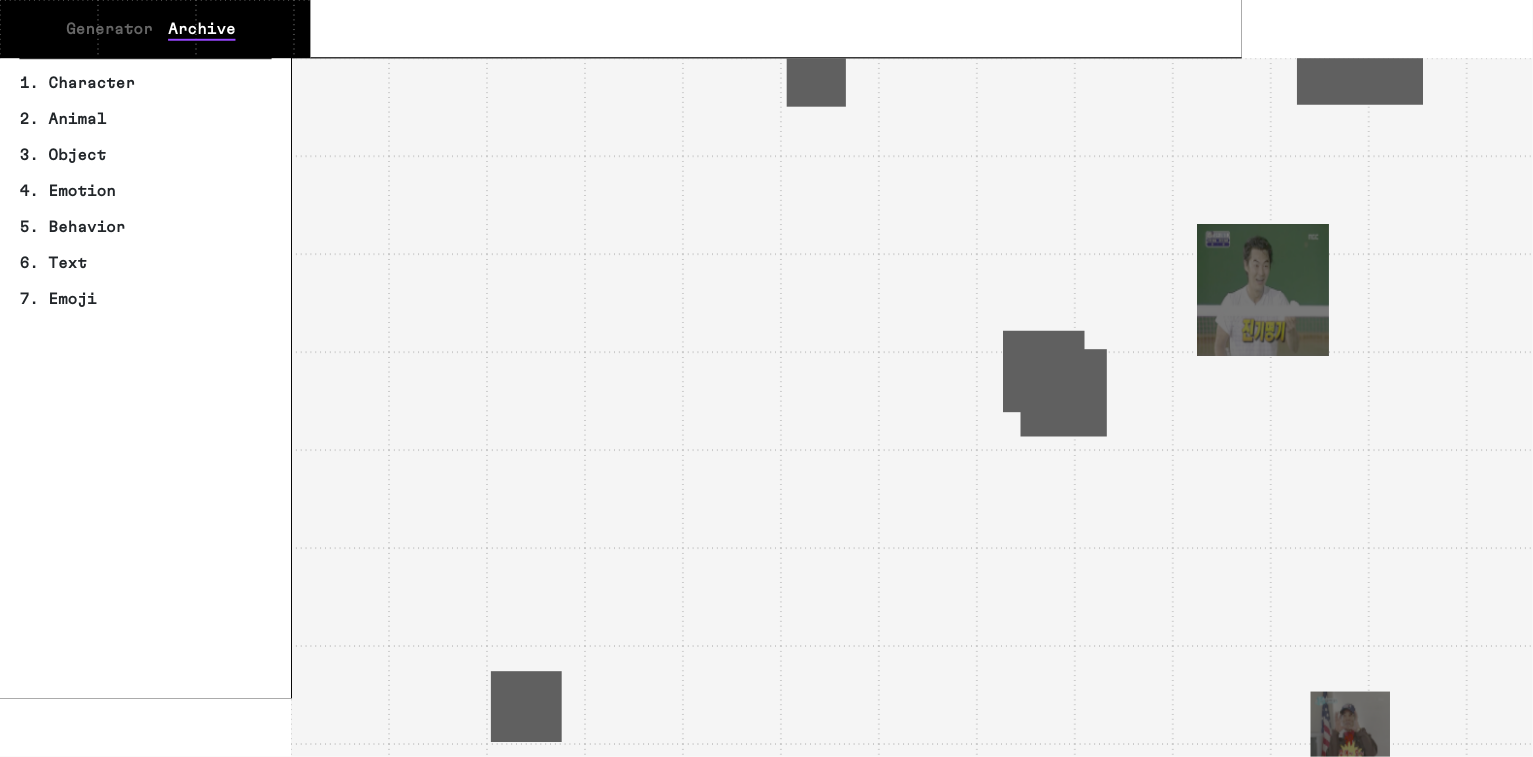
Repository: CastleBelll/project2
Page: /archive (app in job_app/)
These files come from the project's save history. The page is drawn as it stood at one moment and after the next save; the edit follows.
The browser window is 1280 px wide. The page is 1580 px wide, so the pictures cover 1580 px, including what lies to the right of the window. The pictures show the whole page, at 97% of full size.
The project was rebuilt for these pictures with package versions that can differ from the ones it lists, and the page was loaded fresh each time. Also part of the build but not shown: job_app/src/Generator/Generator.js.

Above is the page before, as saved 2024-12-15 10:02:53.

### job_app/src/App.css
/* 글로벌 스타일 */
body {
  font-family: 'CustomEnglishFont', sans-serif !important;;
  overflow: hidden;
}

/* 한글 전용 스타일 */
body:lang(ko) {
  font-family: 'CustomKoreanFont', sans-serif !important;;
}
/* 전체 앱 컨테이너 */
.app-container {
  display: flex;
  flex-direction: column;
  height: 100vh;
  max-width: 100%;
  max-height: 100%;
  overflow: hidden;
  background-color: #242424; /* 기본 배경색을 #242424로 변경 */
}

/* 네비게이션 바 */
.navbar {
  position: fixed;
  top: 0;
  left: 0;
  width: 100%;
  height: 60px;
  display: flex;
  z-index: 1000; /* 네비게이션 바가 다른 요소 위에 오도록 설정 */
  background-image: url('./background_square.png'); /* Generator 활성화 시 배경 이미지 */
  background-repeat: repeat; /* 가로 및 세로로 반복 */
  background-color: #242424; /* 기본 배경색도 유지 */}

/* Generator 활성화 시 배경 이미지 적용 */
body.generator-active .navbar {
  background-image: url('./background_square.png'); /* Generator 활성화 시 배경 이미지 */
  background-repeat: repeat; /* 가로 및 세로로 반복 */
  background-color: #242424; /* 기본 배경색도 유지 */
}

/* Archive 활성화 시 배경 이미지 제거 */
body.archive-active .navbar {
  background-image: none; /* Archive 활성화 시 배경 이미지 제거 */
  background-color: #ffffff; /* 배경색을 흰색으로 설정 */
}

/* 네비게이션 링크 스타일 */
.nav-links {
  display: flex;
  list-style: none;
  padding: 0;
  margin-left : 60px;
  justify-content: space-between; /* 링크를 양쪽 끝에 배치 */
}

.nav-links a {
  text-decoration: none;
  color: #666666; /* 기본 색상은 회색 */
  font-size : 16px !important;
  font-weight: bold;
  transition: color 0.3s ease, border-bottom 0.3s ease; /* 부드러운 색상 전환 및 밑줄 전환 */
}

.nav-links a:hover,
.nav-links .active {
  color: #ffffff !important; /* 선택 및 활성화 상태에서도 글씨 색상을 흰색으로 고정 */
  text-decoration: underline; /* 밑줄 추가 */
  text-decoration-color: #9746ff; /* 밑줄 색상 보라색으로 설정 */
  text-underline-offset: 5px; /* 밑줄과 글자 사이 간격 조정 */
  text-decoration-thickness: 2px; /* 밑줄 두께를 2px로 설정 */
  z-index: 4000; /* z-index로 navbar 아래로 위치하도록 설정 */
}

/* 콘텐츠 영역 */
.content {
  position: absolute; /* content를 absolute로 설정하여 navbar와 겹치게 함 */
  width:100%;
  height:100%;
  margin:0;
  padding:0;
  background-color: #242424; /* 콘텐츠 배경색 변경 */
}

.content.container{
  margin : 0;
  padding:0;
}

/* 검색 아이콘 스타일 */
.search-icon {
  font-size: 22px;
  margin-right: 85px;
  color: #ffffff; /* 아이콘 색상 흰색 */
  cursor: pointer;
}

@media (min-width: 768px) {
  .container,
  .container-md,
  .container-sm {
    max-width: none !important;
  }
}

/* Generator 활성화 시 배경색 */
body.generator-active .app-container,
body.generator-active .navbar,
body.generator-active .content {
  background-color: #242424; /* Generator가 활성화된 경우 배경색을 통일 */
}

/* Archive 활성화 시 흰색 테마 */
body.archive-active .app-container,
body.archive-active .navbar,
body.archive-active .content {
  background-color: #ffffff; /* 배경을 흰색으로 변경 */
}

body.archive-active .nav-links a {
  color: #333333 !important; /* 링크 색상을 어두운 회색으로 변경 */
}

body.archive-active .nav-links a:hover,
body.archive-active .nav-links .active {
  color: #000000 !important; /* 링크 색상을 검은색으로 변경 */
  text-decoration-color: #2DFF2D; /* 밑줄 색상을 검은색으로 설정 */
}

### job_app/src/Archive/Archive.js
import React, { useState, useEffect } from 'react';
import ArchiveMain from './ArchiveMain';
import ArchiveLeft from './ArchiveLeft';
import ArchiveHeader from './ArchiveHeader';
import './Archive.css';

const Archive = () => {
  const [selectedItems, setSelectedItems] = useState([]); // 선택된 하위 항목들 저장
  const [data, setData] = useState([]); // JSON 데이터를 저장할 상태

  // JSON 파일을 fetch로 불러오는 useEffect
  useEffect(() => {
    fetch('/json/images.json') // public 폴더에서 JSON 파일을 불러옴
      .then((response) => response.json())
      .then((jsonData) => setData(jsonData)) // 데이터가 로드되면 상태에 저장
      .catch((error) => console.error('Error fetching the JSON file:', error));
  }, []); // 컴포넌트가 처음 마운트될 때만 실행

  const handleSubItemClick = (item) => {
    setSelectedItems((prevSelectedItems) => {
      if (!prevSelectedItems.includes(item)) {
        return [...prevSelectedItems, item];
      }
      return prevSelectedItems.filter((selectedItem) => selectedItem !== item);
    });
  };

  return (
    <div className="archive-container">
      {/* Left sidebar */}
      <ArchiveLeft data={data} onSubItemClick={handleSubItemClick} className="left-sidebar" />

      {/* Right container */}
      <div className="right-container">
        {/* Header */}
        <ArchiveHeader selectedItems={selectedItems} className="header" />

        {/* Main content */}
        {/* Main content */}
        <div className="main-area-container" style={{ flex: 1, position: 'relative' }}>
          <ArchiveMain className="main-area" />
        </div>
        </div>
    </div>
  );
};

export default Archive;

### job_app/src/styles/fonts.css
@font-face {
    font-family: 'CustomEnglishFont';
    src: url('../fonts/GT-Flexa-Mono-Light-Trial.otf') format('opentype');
    font-weight: normal;
    font-style: normal;
  }

  @font-face {
    font-family: 'CustomKoreanFont';
    src: url('../fonts/FlightSansOTF-Regular.otf') format('opentype');
    font-weight: normal;
    font-style: normal;
  }

### job_app/src/Archive/ArchiveMain.js
import React, { useRef, useEffect, useState } from "react";
import * as THREE from "three";
import "./ArchiveMain.css";

const ArchiveMain = () => {
  const canvasRef = useRef(null); // three.js 렌더링을 위한 canvas
  const [scale, setScale] = useState(1); // 카메라 줌 조절을 위한 상태
  const [images, setImages] = useState([]); // 이미지들 상태
  const [activeImage, setActiveImage] = useState(null); // 드래그 중인 이미지 상태
  const planesRef = useRef([]); // 이미지들에 대한 참조

  useEffect(() => {
    // 이미지 랜덤 위치와 크기 설정
    const numImages = 10; // 이미지 개수
    const newImages = [];
    for (let i = 0; i < numImages; i++) {
      const randomX = Math.random() * 10 - 5; // -5 ~ 5 사이의 랜덤 X 좌표
      const randomY = Math.random() * 10 - 5; // -5 ~ 5 사이의 랜덤 Y 좌표
      const randomSize = Math.random() * 1 + 0.5; // 0.5 ~ 1.5 사이의 랜덤 크기
      newImages.push({
        id: i,
        position: [randomX, randomY, 0], // 랜덤 위치
        size: randomSize, // 랜덤 크기
        texture: `/images/${i + 1}.png`, // 텍스처 경로
        isDragging: false, // 드래그 상태
      });
    }
    setImages(newImages);
  }, []);

  useEffect(() => {
    // 씬, 카메라, 렌더러 설정
    const scene = new THREE.Scene();
    const camera = new THREE.PerspectiveCamera(75, window.innerWidth / window.innerHeight, 0.1, 1000);
    const renderer = new THREE.WebGLRenderer({ canvas: canvasRef.current });
    renderer.setSize(window.innerWidth, window.innerHeight);
    renderer.setClearColor(0x000000, 0); // 배경을 투명하게 설정

    console.log("씬, 카메라, 렌더러 설정 완료");

    // 조명 추가
    const directionalLight = new THREE.DirectionalLight(0xffffff, 1);
    directionalLight.position.set(5, 5, 5).normalize();
    scene.add(directionalLight);

    // 카메라 위치 설정
    camera.position.z = 5;

    // 랜덤 위치에 이미지들 추가
    const textureLoader = new THREE.TextureLoader();
    const planes = [];
    images.forEach(({ id, position, size, texture }) => {
      const imageTexture = textureLoader.load(texture);
      const geometry = new THREE.PlaneGeometry(1, 1);
      const material = new THREE.MeshStandardMaterial({
        map: imageTexture,
        transparent: true,
        opacity: 1,
      });
      const plane = new THREE.Mesh(geometry, material);
      plane.position.set(...position); // 랜덤 위치 설정
      plane.scale.set(size, size, 1); // 랜덤 크기 설정
      plane.userData = { id }; // id를 userData에 저장하여 나중에 사용
      planes.push(plane);
      scene.add(plane);
    });
    planesRef.current = planes; // planes 참조 저장

    // 렌더링 함수
    const animate = () => {
      requestAnimationFrame(animate);
      renderer.render(scene, camera);
    };

    animate(); // 애니메이션 루프 시작

    // 마우스 휠 이벤트 처리 (줌)
    const handleWheel = (event) => {
      event.preventDefault();
      const zoomFactor = event.deltaY < 0 ? 1.1 : 0.9;

      // 카메라 줌 업데이트
      camera.position.z = Math.min(Math.max(camera.position.z * zoomFactor, 2), 10);

      // 이미지 크기 업데이트 (THREE.js 객체의 scale 사용)
      planesRef.current.forEach((plane) => {
        plane.scale.set(plane.scale.x * zoomFactor, plane.scale.y * zoomFactor, 1);
      });

      setScale((prevScale) => {
        const newScale = Math.min(Math.max(prevScale * zoomFactor, 0.5), 2);
        console.log("줌 스케일 변경:", newScale);
        return newScale;
      });
    };

    // 드래그 이벤트 처리
    let isDragging = false;
    let previousMousePosition = { x: 0, y: 0 };

    const handleMouseDown = (event) => {
      console.log("마우스 다운:", event.clientX, event.clientY);
      // 클릭한 위치에서 가장 가까운 이미지를 찾아 드래그 시작
      const mouse = new THREE.Vector2(
        (event.clientX / window.innerWidth) * 2 - 1,
        -(event.clientY / window.innerHeight) * 2 + 1
      );
      const raycaster = new THREE.Raycaster();
      raycaster.setFromCamera(mouse, camera); // Raycaster 설정
      const intersects = raycaster.intersectObjects(scene.children); // 충돌 검사

      if (intersects.length > 0) {
        const clickedImage = intersects[0].object;
        console.log("드래그 시작한 이미지:", clickedImage);
        setActiveImage(clickedImage);  // 활성화된 이미지 설정
        isDragging = true;
        previousMousePosition = { x: event.clientX, y: event.clientY };
      }
    };

    const handleMouseMove = (event) => {
      if (!isDragging || !activeImage) return;
      const deltaX = event.clientX - previousMousePosition.x;
      const deltaY = event.clientY - previousMousePosition.y;
      activeImage.position.x += deltaX * 0.01;
      activeImage.position.y -= deltaY * 0.01;
      previousMousePosition = { x: event.clientX, y: event.clientY };
      console.log("이미지 드래그 위치:", activeImage.position);
    };

    const handleMouseUp = () => {
      console.log("마우스 업");
      isDragging = false;
      setActiveImage(null);
    };

    // 윈도우 사이즈 변경 시 카메라 비율 업데이트
    const handleResize = () => {
      camera.aspect = window.innerWidth / window.innerHeight;
      camera.updateProjectionMatrix();
      renderer.setSize(window.innerWidth, window.innerHeight);
      console.log("윈도우 리사이즈됨");
    };

    window.addEventListener("resize", handleResize);
    window.addEventListener("wheel", handleWheel);
    window.addEventListener("mousedown", handleMouseDown);
    window.addEventListener("mousemove", handleMouseMove);
    window.addEventListener("mouseup", handleMouseUp);

    return () => {
      window.removeEventListener("resize", handleResize);
      window.removeEventListener("wheel", handleWheel);
      window.removeEventListener("mousedown", handleMouseDown);
      window.removeEventListener("mousemove", handleMouseMove);
      window.removeEventListener("mouseup", handleMouseUp);
    };
  }, [images, activeImage]); // images나 activeImage가 변경될 때마다 실행

  return (
    <div
      className="archive-main"
      style={{
        width: "100vw",
        height: "100vh",
        overflow: "hidden",
      }}
    >
      <canvas ref={canvasRef} />
    </div>
  );
};

export default ArchiveMain;

### job_app/src/Archive/ArchiveHeader.js
import React, { useRef, useState } from 'react';
import { CSSTransition, TransitionGroup } from 'react-transition-group';
import './ArchiveHeader.css'; // CSS 파일을 import

function ArchiveHeader({ selectedItems }) {
  const containerRef = useRef(null);
  const [isDragging, setIsDragging] = useState(false);
  const [startX, setStartX] = useState(0);
  const [scrollLeft, setScrollLeft] = useState(0);

  const handleMouseDown = (e) => {
    e.preventDefault(); // 기본 드래그 동작 방지
    setIsDragging(true);
    setStartX(e.clientX);
    setScrollLeft(containerRef.current.scrollLeft);
    containerRef.current.style.cursor = 'grabbing';
  };

  const handleMouseMove = (e) => {
    if (!isDragging) return;
    const distance = e.clientX - startX;
    containerRef.current.scrollLeft = scrollLeft - distance;
  };

  const handleMouseUp = () => {
    setIsDragging(false);
    containerRef.current.style.cursor = 'grab';
  };

  return (
    <div
      className="archive-header overflow-auto" // Bootstrap 클래스 추가
      ref={containerRef}
      onMouseDown={handleMouseDown}
      onMouseMove={handleMouseMove}
      onMouseUp={handleMouseUp}
      onMouseLeave={handleMouseUp} // 마우스가 컨테이너 밖으로 나갔을 때 드래그 종료
    >
      <TransitionGroup className="selected-items-container">
        {selectedItems.map((item, index) => (
          <CSSTransition
            key={item} // 고유한 키 값
            timeout={500} // 애니메이션 지속 시간
            classNames="item"
            unmountOnExit
          >
            <div className="selected-item">
              {item}
            </div>
          </CSSTransition>
        ))}
      </TransitionGroup>
      {/* selectedItems가 비어있지 않으면 검색 버튼을 보여줌 */}
      {selectedItems.length > 0 && (
        <div className="search-button">
          검색
        </div>
      )}
    </div>
  );
}

export default ArchiveHeader;

### job_app/src/Archive/Archive.css
/* Ensures the container takes up the full height of the viewport */
.archive-container {
  display: flex;
  height: 100vh;
}

/* Left sidebar styling */
.left-sidebar {
  flex: 1; /* 왼쪽 사이드바는 1배수 */
  padding-left: 20px;
  padding-top: 84px;
  background-color: #f0f0f0; /* Light background for sidebar */
  border-right: solid 1px black; /* 테두리 색상을 명시적으로 설정 */
}

/* Right container styling */
.right-container {
  flex: 3; /* 오른쪽 컨테이너는 3배수 */
  display: flex;
  flex-direction: column; /* Stacks children vertically */
}

/* Header styling */
.header {
  height: 15%; /* Adjust height as needed */
  background-color: #333; /* Dark background for header */
  color: white;
  display: flex;
  align-items: center;
  justify-content: center;
  padding: 1rem;
  box-sizing: border-box;
}

/* Main area styling */
.main-area {
  flex: 1; /* Takes up the remaining vertical space */
  background-color: #fff; /* White background for main content */
  overflow: auto; /* Scrollable if content exceeds container height */
  padding: 1rem;
  box-sizing: border-box;
}

### job_app/src/Generator/Generator.css
.Generator {
  position: relative;
  width: 100%;
  height: 100%;
  background-color: #242424;
  overflow: hidden;
  background-image: url('../background_square.png');
  background-repeat: repeat;
}

.event-arial {
  position: absolute;
  pointer-events: none;
  top: 80px;
  width: 80%;
  left: 10%;
  max-width: 80%;  /* 기본적으로 80%로 설정 */
  min-height: 20%;
  display: flex;
  justify-content: center;
  align-items: center;
  font-size: 16px;
  color: #666666;
  border: 1px solid #666666;
  background-color: transparent;
  transition: width 0.5s ease; /* 너비 변화만 부드럽게 */
}

.event-arial.shrink {
  width: calc(100% - 45%); /* generator-arial이 30%일 때 event-arial은 나머지 70% */
}

.main-container {
  width: 100%;
  min-height: 100%;
  display: flex;
  flex-direction: row; /* 좌우로 배치 */
}

.left-container {
  flex: 1;
  min-width: 13%;
}

.right-container {
  flex: 1;
  min-width: 13%;
}

.content-container {
  flex: 1;
  min-width: 74%;
  min-height: 100%;
  display: flex;
  flex-direction: column; /* 세로 방향으로 배치 */
  overflow: hidden;
}

.generator-arial {
  position: absolute;
  top: 80px;
  right: 0;
  display: flex;
  flex-direction: column; /* 세로 방향으로 배치 */
  background-color: white;
  min-width: 40px;
  height: 60%; /* 높이를 고정 */
  transform-origin: right;
  transition: width 0.5s ease; /* 너비 변화만 부드럽게 */
}

.generator-arial.open {
  width: 28%; /* open 상태에서의 width */
  max-height: 100%;
}

.generator-arial.not-open {
  width: 40px; /* not-open 상태에서의 width */
}

.circle {
  position: absolute;
  left: -100px;
  width: 50px; /* 원 크기 */
  height: 50px;
  border-radius: 50%; /* 원형으로 만들기 */
  background-color: white; /* 흰색 배경 */
  z-index: 10; /* 다른 요소들 위에 겹치도록 설정 */
  display: none; /* 기본적으로 숨기기 */
  justify-content: center; /* 가로 중앙 정렬 */
  align-items: center; /* 세로 중앙 정렬 */
}

.circle img {
    position: absolute;
    top: 50%; /* 세로 중앙 */
    left: 50%; /* 가로 중앙 */
    transform: translate(-50%, -50%); /* 정확하게 중앙 정렬 */
}

.generator-arial.open .circle {
  display: block; /* isOpen 상태일 때 원을 보이도록 설정 */
}

/* 이미지 컨테이너 */
.image-container {
  flex: 1;
  display: flex;
  flex-wrap: wrap;
  justify-content: center; /* 중앙 정렬 */
  align-items: center;
  margin-top: 50px;
  margin-bottom: 20px;
  min-width: 100%;
  height:auto;
  opacity: 0; /* 초기 상태에서 투명하게 설정 */
  animation: fadeIn 1s forwards; /* 천천히 나타나는 애니메이션 */
}

.image-container img {
  max-width: 100%; /* 이미지 크기를 부모 크기에 맞게 자동 조정 */
  height: auto;
  object-fit: contain; /* 이미지 비율 유지하며 공간에 맞게 조정 */
  max-height: 285px; /* 이미지 크기를 더 작게 제한 */
  min-height: 285px;
  margin: 5px;
  animation: fadeIn 1.5s forwards; /* 이미지보다 조금 더 긴 시간에 천천히 나타나게 */
}

/* 텍스트 컨테이너 */
.text-container {
  flex: 1;
  display: flex;
  flex-direction: column; /* 세로로 배치 */
  padding: 10px;
  overflow-y: auto;
  opacity: 0; /* 초기 상태에서 투명하게 설정 */
  animation: fadeIn 1.5s forwards; /* 이미지보다 조금 더 긴 시간에 천천히 나타나게 */
}

/* 각 텍스트 항목 */
.text-item {
  margin-bottom: 30px; /* 항목 간 간격 */
  opacity: 0; /* 초기 상태에서 투명하게 설정 */
  overflow: hidden;
  max-height: 100%;
  animation: fadeInItem 2s forwards; /* 항목이 하나씩 천천히 나타나도록 설정 */
  animation-delay: 0.5s; /* 약간의 지연을 주어 항목들이 순차적으로 나타나게 */
}

.title-container,
.category-container {
  text-align: center; /* 텍스트 가운데 정렬 */
  padding: 0;
  overflow: hidden;
}

.title-container {
  flex: 1;
  margin-bottom: 10px;
}

.category-container {
  flex: 1;
  display: flex;
  justify-content: center; /* 항목들을 수평 중앙 정렬 */
  gap: 10px; /* 항목 간 간격 */
  overflow: hidden;
  max-height: 100%;
  flex-wrap: wrap; /* 필요시 줄 바꿈 */
}

.title {
  font-size: 28px;
  font-weight: bold;
  margin-bottom: 5px;
}

.category-item {
  font-size: 16px;
  background-color: #f5f5f5;
  border-radius: 30px;
  padding: 4px 8px;
}

/* 애니메이션 정의 */
@keyframes fadeIn {
  to {
    opacity: 1; /* 최종적으로 불투명하게 */
  }
}

@keyframes fadeInItem {
  to {
    opacity: 1; /* 항목도 최종적으로 불투명하게 */
  }
}

### job_app/src/Archive/ArchiveMain.css
.archive-main {
  position: relative;
  width: 100%;
  height: 100vh; /* 화면 전체 높이 */
  background-color: #f5f5f5; /* 배경색 */
  background-image: url('../background_square2.png'); /* Generator 활성화 시 배경 이미지 */
  background-repeat: repeat; /* 가로 및 세로로 반복 */
  overflow: hidden; /* 넘치는 이미지는 숨김 */
}
.archive-image {
  position: absolute; /* 부모 .archive-main 기준으로 위치 */
  animation: fadeIn 1.5s ease-in-out; /* 천천히 나타나는 애니메이션 */
}

/* 이미지 천천히 나타나는 효과 */
@keyframes fadeIn {
  from {
    opacity: 0;
  }
  to {
    opacity: 1;
  }
}

### job_app/src/Archive/ArchiveLeft.css
/* 전체 컨테이너 */
.sidebar-container {
  height: 100%;
  width: 5%;
  min-width: 300px;
  background-color: #ffffff;
  position: relative;
}

/* 가상 요소로 오른쪽 선 추가 */
.sidebar-container::after {
  content: '';
  position: absolute;
  top: 0;
  right: 0;
  bottom: 0;
  left: 300px;
  border-right: solid 1px black;
  z-index: 2000;
}

.sidebar-top {
  width: 100%;
  height: 60px;
}

.sidebar-bottom {
  width: 100%;
  position: relative;
  padding: 14px 20px;
  z-index: 1000;
}

.sidebar-bottom::after {
  content: '';
  position: absolute;
  top: 0;
  left: 20px;
  right: 20px;
  border-top: 1px solid black;
}

/* 섹션 제목 */
.section-title {
  cursor: pointer;
  font-weight: bold;
  margin-bottom: 13px;
  transition: color 0.3s ease;
}

/* 하위 리스트 */
.sublist {
  display: flex;
  flex-wrap: wrap;
  gap: 6px;
  margin: 10px 15px;
  overflow: hidden;
  max-height: 0; /* 초기 높이 설정 */
  opacity: 0; /* 초기 상태에서 투명 */
  box-sizing: border-box; /* border 포함하여 크기 변경 방지 */
  transition: max-height 1.2s cubic-bezier(0.5, 0.1, 0.25, 1), opacity 1.3s ease-out; /* 높이와 불투명도 애니메이션 */
}
/* 하위 리스트가 열릴 때 */
.sublist.open {
  max-height: 500px; /* 최대 높이 설정, 필요에 따라 더 큰 값으로 설정 */
  opacity: 1; /* 불투명도 */
  transition: max-height 0.6s cubic-bezier(0.5, 0.1, 0.25, 1), opacity 0.6s ease-out; /* 애니메이션 타이밍을 일치시킴 */
}

/* 하위 리스트가 닫힐 때 */
.sublist:not(.open) {
  max-height: 0; /* 닫힐 때 높이 0 */
  opacity: 0; /* 사라지는 상태 */
  transition: max-height 0.6s cubic-bezier(0.5, 0.1, 0.25, 1) 0.3s, opacity 0.6s ease-out 0.3s;
}

/* 개별 항목 */
.subitem {
  cursor: pointer;
  padding: 4px 7px;
  margin: 1px;
  border-radius: 50px;
  text-align: center;
  white-space: nowrap;
  transition: all 0.1s ease;
  display: inline-block;
  min-width: 40px;
  font-size: 16px;
  box-sizing: border-box; /* border 포함하여 크기 변경 방지 */
}

.subitem.selected {
  background-color: #2DFF2D;
  font-weight: bold;
  transition : ease-out 0.3s;
}

.subitem:hover {
  box-sizing: border-box; /* border 포함하여 크기 변경 방지 */
  border-radius: 50px;
  outline: 1px solid #2DFF2D;
}

/* 반응형 디자인 */
.subitem {
  display: inline-block;
  box-sizing: border-box;
}

### job_app/src/Archive/ArchiveHeader.css
.archive-header {
    height: 60px;
    display: flex;
    align-items: center;
    margin-left: 20px;
    min-height: 60px; /* 최소 높이를 60px로 설정 */
    background-color: #ffffff; /* 배경색을 추가 */
    border-bottom: 1px solid #000000; /* 하단 경계선 */
    overflow-x: hidden; /* 가로 스크롤 활성화 */
    white-space: nowrap; /* 아이템들이 한 줄에 있도록 설정 */
    z-index: 2000;
  }

  /* 기존의 selected-items-container 스타일 유지 */
  .selected-items-container {
    display: flex;
    flex-wrap: nowrap;
    gap: 5px; /* 아이템 사이의 간격 */
    overflow-x: auto; /* 아이템이 넘칠 경우 스크롤 */
  }

  /* 기존의 selected-item 스타일 유지 */
  .selected-item {
    padding: 4px 6px;
    background-color: #2DFF2D; /* 선택된 아이템의 배경색 */
    border-radius: 50px;
    font-weight: bold; /* 글자 굵게 설정 */
    min-width: 40px;
    text-align: center;
    font-size: 16px;
    white-space: nowrap; /* 텍스트 줄바꿈 방지 */
    transition: transform 0.5s ease, opacity 0.5s ease;
  }

  .search-button {
    padding: 4px 6px;
    margin-left: 5px;
    background-color: #000000; /* 선택된 아이템의 배경색 */
    color: white;
    border-radius: 60px;
    font-weight: bold; /* 글자 굵게 설정 */
    min-width: 45px;
    text-align: center;
    font-size: 16px;
    transition: transform 0.5s ease, opacity 0.5s ease;
  }

/* Enter 애니메이션 */
.item-enter {
    opacity: 0;
    transform: scale(1);
    transition: opacity 0.5s ease, transform 0.5s ease;
  }
  .item-enter-active {
    opacity: 1;
    transform: scale(1);
    transition: opacity 0.5s ease, transform 0.5s ease;
  }

  /* Exit 애니메이션 */
  .item-exit {
    opacity: 1;
    transform: scale(1);
  }
  .item-exit-active {
    opacity: 0;
    transform: scale(0.9);
    transition: opacity 0.5s ease, transform 0.5s ease;
  }

Loaded but not shown: job_app/public/index.html (common file); job_app/src/index.js (common file); job_app/src/index.css (common file); job_app/src/reportWebVitals.js (common file); job_app/public/json/images.json (72 lines, source omitted); job_app/src/Archive/ArchiveLeft.js (92 lines, source omitted); job_app/src/App.js (63 lines, source omitted)

After the next save:
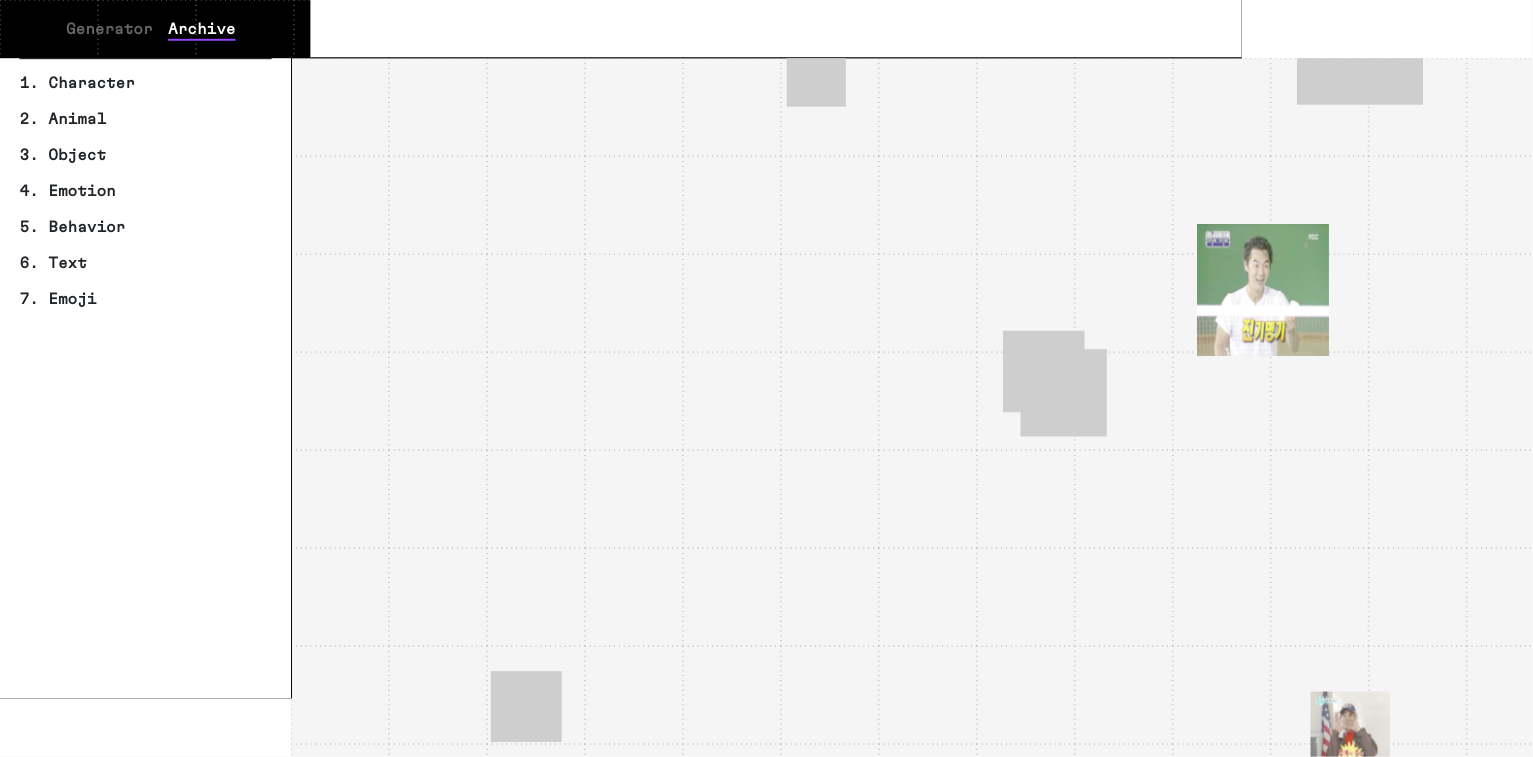
Saved 101 s later.
--- a/job_app/src/Archive/ArchiveMain.js
+++ b/job_app/src/Archive/ArchiveMain.js
@@ -52,7 +52,7 @@ const ArchiveMain = () => {
     images.forEach(({ id, position, size, texture }) => {
       const imageTexture = textureLoader.load(texture);
       const geometry = new THREE.PlaneGeometry(1, 1);
-      const material = new THREE.MeshStandardMaterial({
+      const material = new THREE.MeshBasicMaterial({
         map: imageTexture,
         transparent: true,
         opacity: 1,
@@ -61,6 +61,15 @@ const ArchiveMain = () => {
       plane.position.set(...position); // 랜덤 위치 설정
       plane.scale.set(size, size, 1); // 랜덤 크기 설정
       plane.userData = { id }; // id를 userData에 저장하여 나중에 사용
+
+      // hover 이벤트 설정
+      plane.onPointerOver = () => {
+        plane.material.color.set(0x8a2be2); // 보라색으로 변경
+      };
+      plane.onPointerOut = () => {
+        plane.material.color.set(0xffffff); // 원래 색상으로 복원
+      };
+
       planes.push(plane);
       scene.add(plane);
     });
